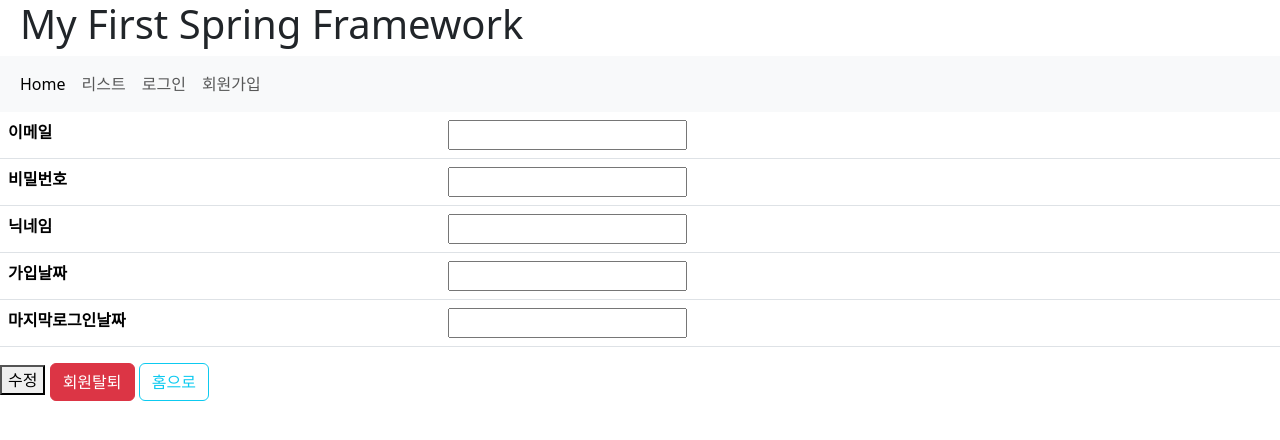
Repository: HongSeungBo/newspring
Page: http://localhost/springProject/WEB-INF/views/member/modify.jsp
These files come from the project's save history. The page is drawn as it stood at one moment and after the next save; the edit follows.
The browser window is 1280 px wide. The pictures show the whole page.
The page is served by Tomcat 9. Nobody is signed in. The template is opened directly, without the code that normally fills it, so the values that code supplies are empty.

Above is the page before, as saved 2023-10-31 07:47:38.
Console error: SyntaxError: Unexpected identifier 'eventDefault'

After the next save:
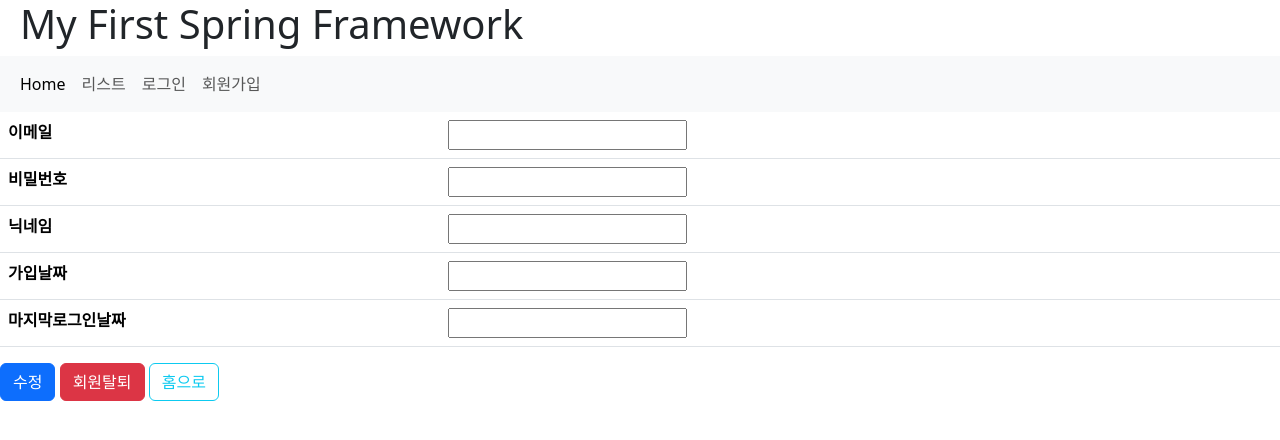
Saved 11 s later.
--- a/springProject/src/main/webapp/WEB-INF/views/member/modify.jsp
+++ b/springProject/src/main/webapp/WEB-INF/views/member/modify.jsp
@@ -44,7 +44,7 @@
 			</td>
 		</tr>
 	</table>
-	<button type="submit">수정</button>
+	<button type="submit" class="btn btn-primary">수정</button>
 	<a href="/member/remove?email=${my.email }"><button type="button" class="btn btn-danger">회원탈퇴</button></a>
 	<a href="/"><button type="button" class="btn btn-outline-info">홈으로</button></a>
 </form>
